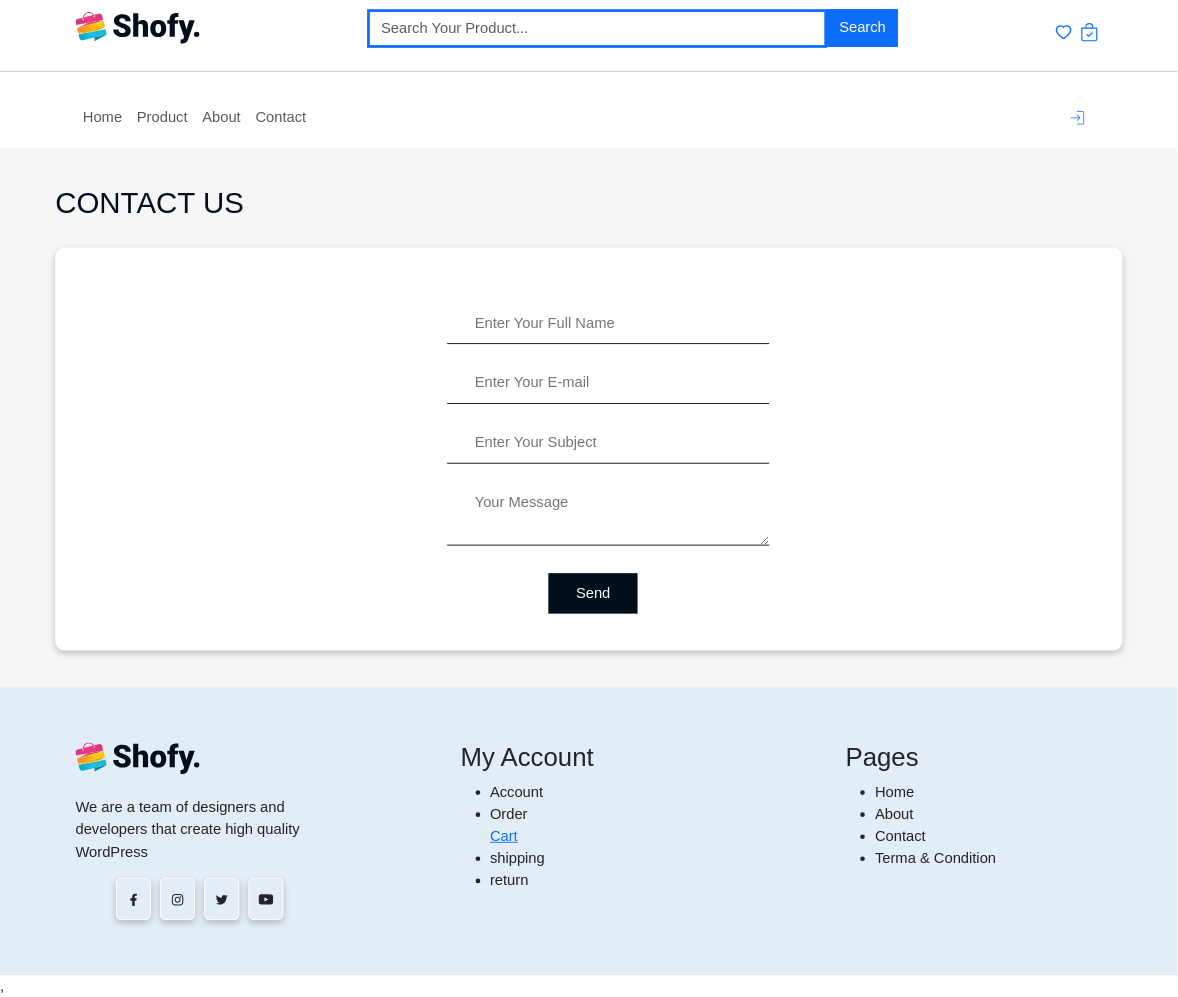
Repository: YomnaWegdan/E-commerce
Page: /contact
These files come from the project's save history. The page is drawn as it stood at one moment and after the next save; the edit follows.
The browser window is 1280 px wide. The pictures show the whole page, at 92% of full size.
The project was rebuilt for these pictures with package versions that can differ from the ones it lists, and the page was loaded fresh each time. Also part of the build but not shown: src/App.css, src/Pages/Home.css, src/Components/HomeProduct.js, src/Pages/Home.js, src/Pages/Product.js, src/Components/Cart/Cart.css, src/Components/Cart/Cart.js.

Above is the page before, as saved 2023-08-09 00:59:06.

### src/index.js
import React from 'react';
import ReactDOM from 'react-dom/client';
import './index.css';
import App from './App';
import reportWebVitals from './reportWebVitals';
import 'bootstrap/dist/css/bootstrap.min.css';
import { Auth0Provider } from '@auth0/auth0-react';
import { ContextProvider } from './Components/Context';

const root = ReactDOM.createRoot(document.getElementById('root'));
root.render(

  <ContextProvider>
  <Auth0Provider
  domain="dev-aamwpxlsfm3npzz6.us.auth0.com"
  clientId="MkjduxuJruldtmeMMgriskirViaGSRSW"
  authorizationParams={{
    redirect_uri: window.location.origin
  }}
>

  <App />
</Auth0Provider>,</ContextProvider>
);

// If you want to start measuring performance in your app, pass a function
// to log results (for example: reportWebVitals(console.log))
// or send to an analytics endpoint. Learn more: https://bit.ly/CRA-vitals
reportWebVitals();

### src/App.js
import { BrowserRouter , Routes , Route} from 'react-router-dom';
import './App.css';
import Navs from './Components/Navbar/Navs';
import Home from './Pages/Home';
import Footer from './Components/Footer/Footer';
import Product from './Pages/Product';
import Cart from './Components/Cart/Cart';
import Contact from './Pages/Contact';

function App() {
  return (
    <BrowserRouter>
    <Navs/>
    <Routes>
    <Route path='/' element={<Home/>}/>
    <Route path='/product' element={<Product/>}/>
    <Route path='/cart' element={<Cart/>}/>
    <Route path='/contact' element={<Contact/>}/>


    </Routes>
    <Footer/>

    </BrowserRouter>
  );
}

export default App;

### src/Components/Context.js
import {createContext  , useContext, useState} from "react"
import Productdetail from "../Pages/Productdetail";

export const Context = createContext(null);
export const useAppContext = () =>{
    const contextVar = useContext(Context);
    if(contextVar === undefined){
        throw new Error('Context must be within ContextProvider');
    }
    return contextVar;
}

export const ContextProvider = ({children}) =>{

    const [product , setProduct] = useState(Productdetail)
    const filterProduct = (product)=>{
        const update = Productdetail.filter((x)=>{
         return( x.Cat=== product )
        })
        setProduct(update)
      }
        const AllProducts = () =>{
          setProduct(Productdetail)
        }

        const searchBtn = (product) => {
    const change = Productdetail.filter((x) =>
    {
      return x.Cat === product
    })
    setProduct(change)
  }

  //Product_detail
  const [detail , setDetail] = useState([])
  const [close , setClose] = useState(false);

  const View = (product)=>{
    setDetail([{...product}])
    setClose(true)
  }

  //Cart
  const [cart , setCart] = useState([])

  const addToCart = (product)=>{
    const exist = cart.find((x)=>{
      return x.id === product.id
    })
    if(exist)
    {
      alert("This Product is already added to cart")
    }else{
      setCart([...cart, {...product, qty:1}])
      alert('Product is added to cart')
    }

  }
  console.log(cart)

  const increment =(product)=>{
    const exist = cart.find((x)=>{
        return x.id === product.id;
    })
    setCart(cart.map((el)=>{
      return el.id === product.id ? {...exist , qty: exist.qty +1}: el
    }))

}
const decrement =(product)=>{
  const exist = cart.find((x)=>{
    return x.id === product.id;
})
setCart(cart.map((el)=>{
  return el.id === product.id ? {...exist , qty: exist.qty -1}: el
}))
}

//Remove cart product
const removeproduct = (product) =>
{
    const exsit = cart.find((x) =>
    {
        return x.id === product.id
    })
    if(exsit.qty > 0)
    {
        setCart(cart.filter((x) =>
        {
            return x.id !== product.id
        }))
    }
}
const Totalprice = cart.reduce((price, item) => price + item.qty * item.Price, 0)


    return(
        <Context.Provider value={{ product , filterProduct, AllProducts , searchBtn , detail , View , close , setClose , addToCart , cart
          ,increment , decrement , removeproduct , Totalprice
         }}>
        {children}
        </Context.Provider>
    )}

### src/Components/Navbar/Navs.js
import { Fragment, useState } from 'react';
import Container from 'react-bootstrap/Container';
import Nav from 'react-bootstrap/Nav';
import Navbar from 'react-bootstrap/Navbar';
import Form from 'react-bootstrap/Form';
import Button from 'react-bootstrap/Button';
import Row from 'react-bootstrap/Row';
import Col from 'react-bootstrap/Col';
import logo from '../../img/logo.svg'
import { AiOutlineUser } from 'react-icons/ai';
import { CiLogin } from 'react-icons/ci';
import { CiLogout } from 'react-icons/ci';
import { AiOutlineHeart } from 'react-icons/ai';
import { BsBagCheck } from 'react-icons/bs';
import './Navs.css'
import { useAuth0 } from "@auth0/auth0-react";
import { useAppContext } from '../Context';
import { NavLink } from 'react-router-dom';

const Navs = () => {
  const { loginWithRedirect, logout , user, isAuthenticated } = useAuth0();
  const [search , setSearch] = useState()
  const {searchBtn} = useAppContext();


  return (
    <Fragment>
    <Navbar expand="lg" className='justify-content-between' >
      <Container>
        <Navbar.Brand href="/"><img src={logo} alt ='Logo'/></Navbar.Brand>
        <Navbar.Toggle aria-controls="basic-navbar-nav" />
        <Navbar.Collapse id="basic-navbar-nav" >
          <Nav className=" w-100 justify-content-center">
          <Form inline >
          <Row>
            <Col xs="auto">
              <Form.Control
                type="text"
                placeholder="Search Your Product..."
                className=" mr-sm-2  w-auto"
                value={search} onChange={(e)=>setSearch(e.target.value)}
              />

            </Col>
            <Col xs="auto" className=' m-sm-0'>
              <Button type="submit" onClick={()=>searchBtn(search)}  >Search</Button>
            </Col>
          </Row>
        </Form>
        </Nav>
        <Nav className=' justify-content-end'>
        {isAuthenticated &&
        (
        <Nav>
          <Nav.Link href="/" ><AiOutlineUser/></Nav.Link>
          <p className=' my-auto me-3' >Hello, {user.name}</p>
        </Nav>
        )}

        <NavLink to ="/"  className='mt-2 mx-1'><AiOutlineHeart/></NavLink>
        <NavLink to="/cart" className='mt-2 mx-1' ><BsBagCheck/></NavLink>

          </Nav>
        </Navbar.Collapse>
      </Container>
    </Navbar>
    <hr/>
    <Navbar expand="lg" >
    <Container>
      <Navbar.Toggle aria-controls="basic-navbar-nav "  />
      <Navbar.Collapse id="basic-navbar-nav" className=' justify-content-between'>
        <Nav className=" justify-content-start">
          <Nav.Link href="/">Home</Nav.Link>
          <Nav.Link href="/product">Product</Nav.Link>
          <Nav.Link href="/about">About</Nav.Link>
          <Nav.Link href="/contact">Contact</Nav.Link>
        </Nav>
        <Nav className="auth  ">
        {isAuthenticated?
                <Button onClick={() => logout({ logoutParams: { returnTo: window.location.origin } })}><CiLogout/></Button>:
                        <Button onClick={() => loginWithRedirect()}><CiLogin/></Button>
        }
        </Nav>
      </Navbar.Collapse>
    </Container>
  </Navbar></Fragment>
  )
}

export default Navs

### src/Components/Footer/Footer.js
import React from 'react'
import logo from '../../img/logo.svg'
import { AiOutlineInstagram } from 'react-icons/ai';
import { RiFacebookFill } from 'react-icons/ri';
import { AiOutlineTwitter } from 'react-icons/ai';
import { BsYoutube } from 'react-icons/bs';
import './Footer.css'
import { Link } from 'react-router-dom';

const Footer = () => {
  return (
    <div className='footer'>
    <div className='container d-flex justify-content-between '>
    <div className='about col-lg-3'>
    <div className='logo'>
        <img src={logo} alt='logo'></img>
    </div>
    <div className='detail'>
                    <p className=' mt-4'>We are a team of designers and developers that create high quality WordPress</p>
                    <div className='icon'>
                        <li><RiFacebookFill /></li>
                        <li><AiOutlineInstagram /></li>
                        <li><AiOutlineTwitter /></li>
                        <li><BsYoutube /></li>
                    </div>
                </div>
    </div>
    <div className='account col-lg-3'>
                <h3>My Account</h3>
                <ul>
                    <li>Account</li>
                    <li>Order</li>
                    <Link to='/cart'>Cart</Link>
                    <li>shipping</li>
                    <li>return</li>
                </ul>
            </div>
            <div className='page col-lg-3'>
                <h3>Pages</h3>
                <ul>
                    <li>Home</li>
                    <li>About</li>
                    <li>Contact</li>
                    <li>Terma & Condition</li>
                </ul>
            </div>
    </div>

    </div>
  )
}

export default Footer

### src/Pages/Contact.js
import React from 'react'
import './Contact.css'
const Contact = () => {
  return (
    <div>
    <div className='contact_container'>
    <div className='contant'>
    <h2>Contact Us</h2>
    <div className='form'>
    <form method='POST'>
    <input type='text' name='Name' value='' placeholder='Enter Your Full Name' required autoComplete='off'/>
    <input type='email' name='E-mail' value='' placeholder='Enter Your E-mail' required autoComplete='off'/>
    <input type='text' name='Subject' value='' placeholder='Enter Your Subject' required autoComplete='off'/>
    <textarea name='Message' value='' placeholder='Your Message' required autoComplete='off'></textarea>
    <button type='submit'>Send</button>

    </form>
    </div>
    </div>
    </div>



    </div>
  )
}

export default Contact

### src/Pages/Productdetail.js
const Productdetail =
[
    {
        id:1,
        Title:"Galaxy Tab S6 Lite 10.4-inch Android Tablet 128GB.",
        Cat: 'Tablet',
        Price: '723',
        Img: require('../img/tp1.jpg')
    },
    {
        id:2,
        Title:"Tracker with IP67 Waterproof Pedometer Smart watch.",
        Cat: 'Smart Watch',
        Price: '168',
        Img: require('../img/tp2.jpg')
    },
    {
        id:3,
        Title:"Cancelling Headphones Wireless.",
        Cat: 'Headphone',
        Price: '49',
        Img: require('../img/tp3.jpg')
    },
    {
        id:4,
        Title:"Professional Camera 4K Digital Video Camera.",
        Cat: 'Camera',
        Price: '1049',
        Img: require('../img/tp4.jpg')
    },
    {
        id:5,
        Title:"Mini Portable PD 22.5W Fast Charging Powerbank.",
        Cat: 'Powerbank',
        Price: '49',
        Img: require('../img/tp5.jpg')
    },
    {
        id:6,
        Title:"CPU Cooler 2 Heat Pipes 12mm 4 Pin PWM RGB for Intel.",
        Cat: 'Electronics',
        Price: '156',
        Img: require('../img/tp6.png')
    },
    {
        id:7,
        Title:"Playstation 4 2TB Slim Gaming Console.",
        Cat: 'Gaming',
        Price: '2098',
        Img: require('../img/tp7.jpg')
    },
    {
        id:8,
        Title:"Mini Portable Mobile Phone Powerbank for iphone.",
        Cat: 'Electronics',
        Price: '386',
        Img: require('../img/tp8.jpg')
    },
    {
        id:9,
        Title:"Microsoft Surface Pro 8-13' Touchscreen.",
        Cat: 'Tablet',
        Price: '693',
        Img: require('../img/p9.jpg')
    },
    {
        id:10,
        Title:"Playstation 4 2TB Slim Gaming Console.",
        Cat: 'Gaming',
        Price: '5036',
        Img: require('../img/p10.jpg')
    },
    {
        id:11,
        Title:"Echo Show 5 (2nd Gen) Adjustable Stand | Charcoal",
        Cat: 'Electronics',
        Price: '198',
        Img: require('../img/p11.jpg')
    },
    {
        id:12,
        Title:"Echo Dot smart speaker",
        Cat: 'Electronics',
        Price: '793',
        Img: require('../img/p12.jpg')
    },
]
export default Productdetail;

### src/Components/Navbar/Navs.css
.navbar input{
    width: 500px !important;
    border: 3px solid #0D6EFD;
    border-radius: 0px !important;
    outline: none !important;


}
.navbar input:focus{
    outline: none !important;
}
.navbar button{
    margin-left: -24px;
    border-radius: 0px !important;
    height: 41px;
}
@media (max-width:1200px) {
    .navbar button{
        margin-left: 0;
    }
    .navbar input{
        width: 260px !important;
    }
}
.navbar svg{
    color: #0D6EFD;
    width: 20px;
    height: 20px;
}

.navbar a:hover{
    color: #0D6EFD;

}
.navbar p{
    width: max-content;
}
.navbar .auth button{
    background-color: white;
    border: none;
    margin: 5px;
}

### src/Components/Footer/Footer.css
.footer{
    background: #e3edf6;
    padding: 60px;
    text-align: start;
}
.footer .detail .icon{
    list-style: none;
    display: flex;
    justify-content: center;

}
.footer .detail .icon li{
    margin-right: 10px;
    border: 1px solid white;
    box-shadow: rgba(0, 0, 0, 0.24) 0px 3px 8px;
    padding: 10px;
    border-radius: 6px;

}
.footer .detail .icon li:hover{
    background-color: #0989ff;
    color: white;
    border: 1px solid #0989ff;
    transition: 0.5s;


}

.footer .account li:hover , .footer .page li:hover{
    color: #0989ff;
    cursor: pointer;
    transition: 0.5s;


}

### src/Pages/Product.css
*
{
    margin: 0;
    padding: 0;
    font-family: sans-serif;
    box-sizing: border-box;
}
.products
{
    padding: 30px 40px;
    width: 100%;

}
.products h3
{
    font-size: 42px;
    letter-spacing: 1px;
    text-transform: uppercase;
    font-weight: 300;
    color: #010f1c;
    margin-left: 4%;

}
.products p
{
    margin-top: 10px;
    color: #9a9a9a;
    margin-left: 4%;

}
.products .container
{
    margin-top: 30px;
    max-width: 100%;
    display: flex;
    justify-content: space-between;
}
.products .container .filter
{
    padding: 20px 30px;
    display: flex;
    justify-content:flex-start;
    flex-wrap: wrap;
}
.products .container .filter .categories h3
{
    color: #010f1c;
    font-size: 16px;
    text-transform: uppercase;
    font-weight: 600;
}
.products .container .filter .categories ul
{
    margin-top: 10px;
}
.products .container .filter .categories ul li
{
    list-style: none;
    margin-top: 20px;
    color: #010f1c;
    cursor: pointer;
}
.products .container .productbox
{
    margin-right: 0%;
    display: flex;
    justify-content: space-between;
    flex-wrap: wrap;
    width: 80%;

}

.products .container .productbox .contant{
    display: flex;
    justify-content:flex-end;
    flex-wrap: wrap;


}
.products .container .productbox .contant .box
{
    padding: 10px 20px;
    overflow: hidden;
    width: 280px;
    height: 400px;
    border: 1px solid #e2e0e0;
    margin-bottom: 20px;
    transition: 0.5s;
    cursor: pointer;
    border-radius: 5px;
    margin-right: 20px;
}
.products .container .productbox .contant .box:hover
{
    box-shadow: rgba(0, 0, 0, 0.24) 0px 3px 8px;
}
.products .container .productbox .contant .box .img_box
{
    display: flex;
    justify-content: space-between;
    border-bottom: 1px solid #e2e0e0;
}
.products .container .productbox .contant .box .img_box img
{
    width: 300px;
    height: 250px;
    margin-right: 50px;
}
.products .container .productbox .contant .box .img_box .icon
{
    z-index: 1;
    position: relative;
    right: 0;
    display: flex;
    flex-direction: column;
    margin-top: 20px;
    transition: 0.5s;
}
.products .container .productbox .contant .box:hover .img_box .icon
{
    transform: translateX(-130px);
}
.products .container .productbox .contant .box .img_box .icon li
{
    list-style: none;
    padding: 10px 10px;
    color: #010f1c;
    cursor: pointer;
    box-shadow: rgba(0, 0, 0, 0.24) 0px 3px 8px;
    background: #fff;
    transition: 0.5s;
    font-size: 18px;
}
.products .container .productbox .contant .box .img_box .icon li:hover
{
    background: #0989ff;
    color: #fff;
}
.products .container .productbox .contant .box .detail
{
    margin-top: 10px;
}
.products .container .productbox .contant .box .detail h3
{
    font-size: 16px;
    margin-top: 5px;
    color: #010f1c;
    transition: 0.5s;
}
.products .container .productbox .contant .box:hover .detail h3
{
    color: #0989ff;
}
.products .container .productbox .contant .box .detail h4
{
    margin-top: 5px;
    font-size: 14px;
    color: #0989ff;
    letter-spacing: 1px;
}

.product_detail
{
    padding: 30px 40px;
    width: 100%;
    height: 120%;
    position: fixed;
    z-index: 2;
    margin-top: -20%;
    background: rgba(0, 0, 0, 0.24);
}
.product_detail .container
{
    margin-top: 15%;
    width: 1000px;
    height: 550px;
    background: #fff;
    padding: 20px 30px;
    border-radius: 10px;
    box-shadow: rgba(0, 0, 0, 0.24) 0px 3px 8px;
}
.product_detail .container .closebtn
{
    margin-left: 100%;
    border: none;
    outline: none;
    background: none;
    font-size: 22px;
    cursor: pointer;
}
.product_detail .container .productbox
{
    max-width: 100%;
    display: flex;
    padding: 20px 30px;
    margin-top: 20px;
    justify-content: space-between;
    margin-top: 60px;
}
.product_detail .container .productbox .img-box
{
    padding: 20px 30px;
    width: 400px;
    height: 350px;
    background: #f1f1f1;
}
.product_detail .container .productbox .img-box img
{
    width: 250px;
    height: 250px;
}
.product_detail .container .productbox .detail
{
    margin-left: 30px;
    margin-top: 10px;
}
.product_detail .container .productbox .detail h4
{
    text-transform: uppercase;
    font-size: 14px;
    font-weight: 200;
    color: #9a9a9a;
    letter-spacing: 1px;
}
.product_detail .container .productbox .detail h2
{
    margin-top: 20px;
    font-size: 32px;
    color: #010f1c;
    text-transform: capitalize;
    letter-spacing: 1px;
}
.product_detail .container .productbox .detail p
{
    margin-top: 10px;
    color: #4a4a4a;
}
.product_detail .container .productbox .detail h3
{
    margin-top: 10px;
    color: #010f1c;
    font-size: 32px;
    letter-spacing: 1px;
}
.product_detail .container .productbox .detail button
{
    margin-top: 30px;
    padding: 15px 60px;
    font-size: 16px;
    color: #fff;
    background: #010f1c;
    transition: 0.5s;
    border: none;
    outline: none;
    cursor: pointer;
}
.product_detail .container .productbox .detail button:hover
{
    background: #0989ff;
}

### src/Pages/Contact.css
.contact_container{
    padding: 30px 40px;
    width: 100%;
    background: #f6f6f6;
}
.contact_container .contant{
    padding: 10px 20px;
    max-width: 100%;
}
.contact_container .contant h2{
    text-transform: uppercase;
    font-size: 32px;
    color: #010f1c;
    font-weight: 200;
}
.contact_container .contant .form{
    margin-top: 30px;
    padding: 40px 30px;
    background: #fff;
    border-radius: 10px;
    box-shadow: rgba(0, 0, 0, 0.24) 0px 3px 8px;

}
.contact_container .contant .form form input , .contact_container .contant .form form textarea{

    padding: 10px 30px;
    border: none;
    outline: none;
    background: none;
    border-bottom: 1px solid #010f1c;
    width: 350px;
    margin-top: 20px;
    margin-left: 36%;
    display: flex;
    justify-content: center;
    align-items:center;
}
.contact_container .contant .form form textarea{

}
.contact_container .contant .form form button{
    padding: 10px 30px;
    border: none;
    outline: none;
    background: #010f1c;
    color: #fff;
    margin-top: 30px;
    margin-left: 46%;

}

Loaded but not shown: public/index.html (common file); src/index.css (common file); src/reportWebVitals.js (common file)

After the next save:
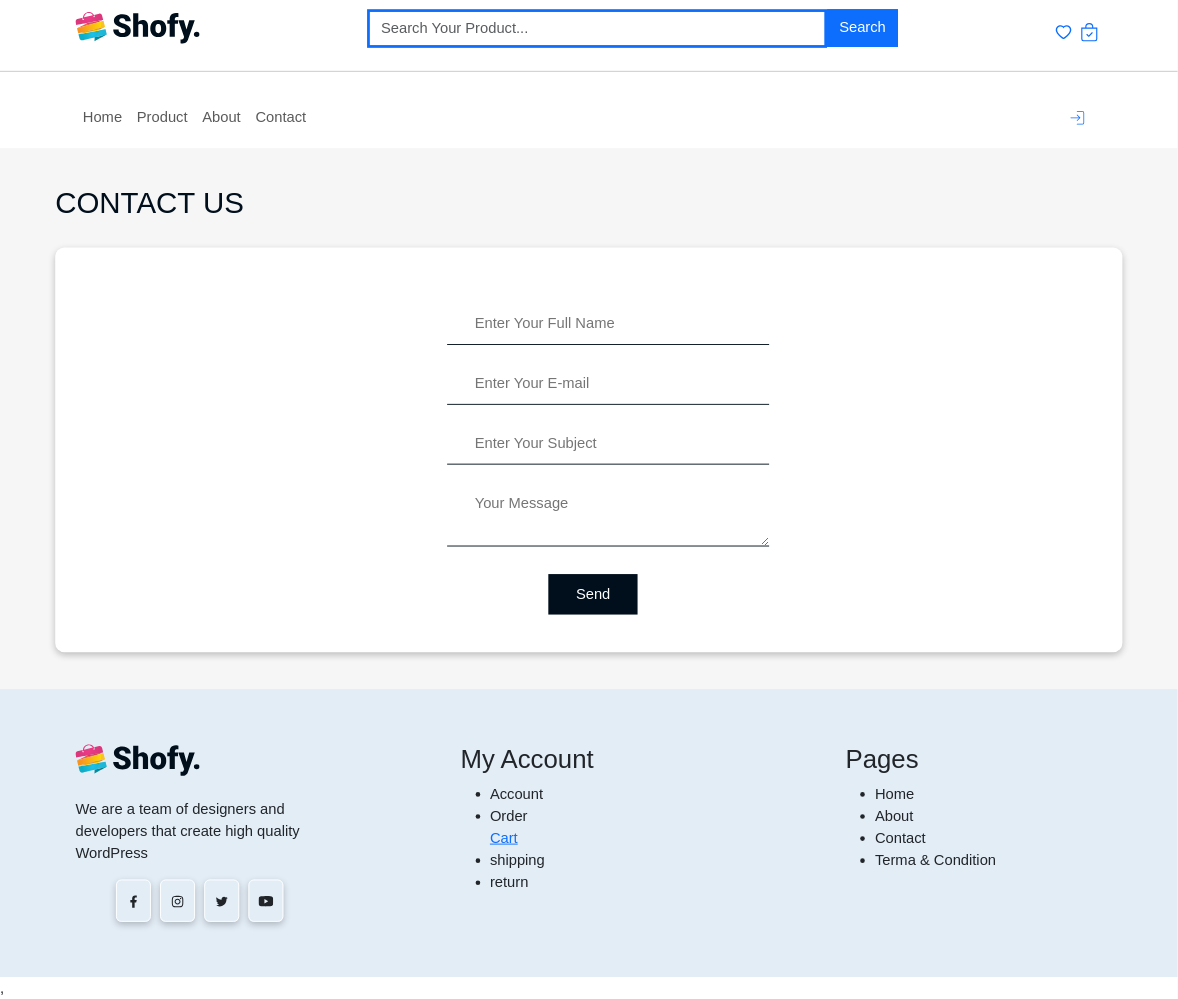
Saved 15 s later.
--- a/src/Pages/Contact.css
+++ b/src/Pages/Contact.css
@@ -15,7 +15,7 @@
 }
 .contact_container .contant .form{
     margin-top: 30px;
-    padding: 40px 30px;
+    padding: 41px 30px;
     background: #fff;
     border-radius: 10px;
     box-shadow: rgba(0, 0, 0, 0.24) 0px 3px 8px;
